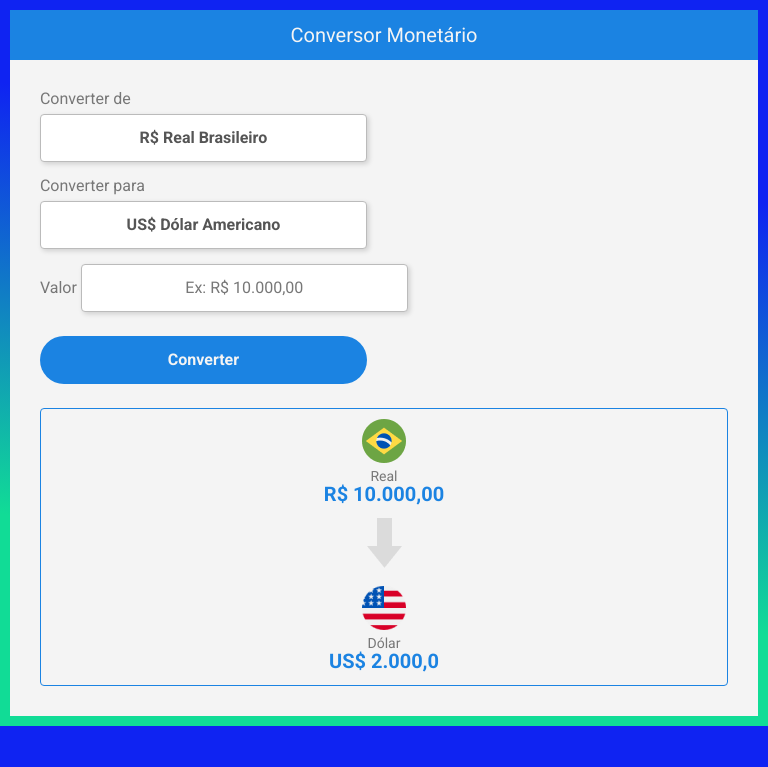
Repository: isayrous/coin-converter
Page: index.html
The author's editor kept a copy of each file at every save. The page is drawn from the files as they stood at one save, then again after the next save.
The browser window is 768 px wide. The pictures show the whole page.

Above is the page before, as saved 2022-11-02 23:34:30.

### index.html
<!DOCTYPE html>
<html lang="pt-br">
<head>
    <meta charset="UTF-8">
    <meta http-equiv="X-UA-Compatible" content="IE=edge">
    <meta name="viewport" content="width=device-width, initial-scale=1.0">
    <link rel='stylesheet' href="./style.css">
    <link rel="preconnect" href="https://fonts.googleapis.com">
    <link rel="preconnect" href="https://fonts.gstatic.com" crossorigin>
    <link href="https://fonts.googleapis.com/css2?family=Roboto:wght@400;700&display=swap" rel="stylesheet">
    <title>Conversor Monetário</title>
</head>
<body>
    <div class="container">

        <header>
            <h1>Conversor Monetário</h1>
        </header>

        <main>
            <label>
                Converter <strong>de</strong>
                <select id="first-select">
                    <option>R$ Real Brasileiro</option>
                    <option>US$ Dólar Americano</option>
                    <option>Bitcoin</option>
                    <option>€ Euro</option>
                </select>
            </label>

            <label>
                Converter <strong>para</strong>
                <select id="seccond-select">
                    <option>US$ Dólar Americano</option>
                    <option>Bitcoin</option>
                    <option>€ Euro</option>
                    <option>R$ Real Brasileiro</option>
                </select>
            </label>

            <label>
                <b>Valor</b>
                <input id='values' placeholder="Ex: R$ 10.000,00">
            </label>

            <button id="button-converter" >Converter</button>

            <section>
                <div>
                    <img id="currency-img1" src="./assets/BRL.png">
                    <p id="first-currency">Real</p>
                    <p id="return-input1" class="value">R$ 10.000,00</p>
                </div>

                <img src="./assets/Vector.png"><br>

                <div>
                    <img id="currency-img2" src="./assets/USA.png">
                    <p id ="seccond-currency">Dólar</p>
                    <p id="return-input2" class="value">US$ 2.000,0</p>
                </div>

            </section>

        </main>

    </div>

</body>
<script src='./scripts.js'></script>
</html>

### style.css
* {
    padding: 0;
    margin: 0;
    box-sizing: border-box;
    font-family: 'Roboto', sans-serif;
    font-style: normal;
    font-weight: normal;
    line-height: 18px;
}

body{
    background: linear-gradient(189deg, rgba(15,35,242,1) 24%, rgba(17,220,150,1) 75%);
    width: 100%;
    height: 100%;
    display: flex;
    justify-content: center;
    padding: 10px;
}

.container {
    height: 100%;
    width: 375px;
    background-color: #F4F4F4;
}

header {
    background-color: #1b83e2;
    height: 66px;
    display: flex;
    justify-content: center;
    align-items: center;
}

h1 {
    font-size: 24px;
    color:#F4F4F4;

}

main {
    padding: 24px;
}

label{
    font-weight: 400;
    font-size: 14px;
    color: #777777;
    width: 375px;
}

select{
    width: 327px;
    height: 48px;
    background: #FFFFFF;
    border: 1px solid #BBBBBB;
    border-radius: 4px;
    font-weight: 700;
    font-size: 16px;
    color: #555555;
    text-align: center;
    display: block;
    cursor: pointer;
    outline: none;
    appearance: none;
    box-shadow: 2px 2px 5px 0px #00000026;
    margin-bottom: 15px;
    margin-top: 6px;
}

input{
    width: 327px;
    height: 48px;
    background: #FFFFFF;
    border: 1px solid #BBBBBB;
    border-radius: 4px;
    font-weight: 700;
    font-size: 16px;
    color: #555555;
    text-align: center;
    box-shadow: 2px 2px 5px 0px #00000026;
    outline: none;

}

button {
    background: #1B83E2;
    border-radius: 25px;
    height: 48px;
    width: 327px;
    font-weight: 700;
    font-size: 16px;
    color: #F4F4F4;
    margin: 24px 0px 24px;
    border: none;
    cursor: pointer;
}

button:hover {
    opacity: 0.8;
}

button:active {
    opacity: 0.7;
}

section{
    border: 1px solid #1B83E2;
    border-radius: 4px;
    padding-top: 10px;
    display: flex;
    flex-direction: column;
    align-items: center;
    text-align: center;
}

p {
    font-weight: 400;
    font-size: 14px;
    color: #777777;
}

.value {
    color: #1B83E2;
    font-weight: 700;
    font-size: 20px;
    margin-bottom: 15px;
}

input::placeholder{color: #777777;
    font-weight: 100;}


@media screen and (max-width: 900px){
    .container {
        height: 100%;
        width: 100%;
        background-color: #F4F4F4;
    }

    header {
        height: 50px;
    }

    h1 {
        font-size: 20px;
    }

    main {
        padding: 4%;
    }

    label{
        font-size: 1rem;
        width: 375px;
    }

    select{
        width: 327px;
        height: 48px;
        background: #FFFFFF;
        border: 1px solid #BBBBBB;
        border-radius: 4px;
        font-weight: 700;
        font-size: 16px;
        color: #555555;
        text-align: center;
        display: block;
        cursor: pointer;
        outline: none;
        appearance: none;
        box-shadow: 2px 2px 5px 0px #00000026;
        margin-bottom: 15px;
        margin-top: 6px;
    }

    input{
        width: 327px;
        height: 48px;
        background: #FFFFFF;
        border: 1px solid #BBBBBB;
        border-radius: 4px;
        font-weight: 700;
        font-size: 16px;
        color: #555555;
        text-align: center;
        box-shadow: 2px 2px 5px 0px #00000026;
        outline: none;

    }

    button {
        background: #1B83E2;
        border-radius: 25px;
        height: 48px;
        width: 327px;
        font-weight: 700;
        font-size: 16px;
        color: #F4F4F4;
        margin: 24px 0px 24px;
        border: none;
        cursor: pointer;
    }

    button:hover {
        opacity: 0.8;
    }

    button:active {
        opacity: 0.7;
    }

    section{
        border: 1px solid #1B83E2;
        border-radius: 4px;
        padding-top: 10px;
        display: flex;
        flex-direction: column;
        align-items: center;
        text-align: center;
    }

    p {
        font-weight: 400;
        font-size: 14px;
        color: #777777;
    }

    .value {
        color: #1B83E2;
        font-weight: 700;
        font-size: 20px;
        margin-bottom: 15px;
    }

    input::placeholder{color: #777777;
        font-weight: 100;}

}

### scripts.js
const convert = document.getElementById("button-converter")
const select2 = document.getElementById("seccond-select")
const select1 = document.getElementById("first-select")
/* REAL, DOLAR, BITCOIN , EURO */
const real = [5.16, 5.08]
const dolar = [0.19 , 0.98]
const euro = [0.20 , 1.02]
const bitcoin = [98137.74 , 19010.10 , 19269.79]


const convertvalue = () => {
    const input = document.getElementById("values").value
    const returninput1 = document.getElementById("return-input1")
    const returninput2 = document.getElementById("return-input2")
    /* RETURNS DO INPUT 1 */

    if (select1.value === 'R$ Real Brasileiro') {
        returninput1.innerHTML = new Intl.NumberFormat('pt-BR', {
            style: 'currency', currency: 'BRL'
        }).format(input)

        if (select2.value === 'US$ Dólar Americano') {
            returninput2.innerHTML = new Intl.NumberFormat('en-US', {
                style: 'currency', currency: 'USD'
            }).format(input * dolar[0])
        }
        else if (select2.value === '€ Euro') {
            returninput2.innerHTML = new Intl.NumberFormat('de-DE', {
                style: 'currency', currency: 'EUR'
            }).format(input * euro[0])
        }
        else if (select2.value === 'Bitcoin'){
            returninput2.innerHTML = (input / bitcoin[0]).toFixed(2)
        }
        else if (select2.value === 'R$ Real Brasileiro') {
            returninput2.innerHTML = new Intl.NumberFormat('pt-BR', {
                style: 'currency', currency: 'BRL'
            }).format(input)
        }
    }


    else if (select1.value === 'US$ Dólar Americano') {
        returninput1.innerHTML = new Intl.NumberFormat('en-US', {
            style: 'currency', currency: 'USD'
        }).format(input)

        if (select2.value === 'US$ Dólar Americano') {
            returninput2.innerHTML = new Intl.NumberFormat('en-US', {
                style: 'currency', currency: 'USD'
            }).format(input)
        }
        else if (select2.value === '€ Euro') {
            returninput2.innerHTML = new Intl.NumberFormat('de-DE', {
                style: 'currency', currency: 'EUR'
            }).format(input * euro[1])
        }
        else if (select2.value === 'Bitcoin'){
            returninput2.innerHTML = (input / bitcoin[1]).toFixed(2)
        }
        else if (select2.value === 'R$ Real Brasileiro') {
            returninput2.innerHTML = new Intl.NumberFormat('pt-BR', {
                style: 'currency', currency: 'BRL'
            }).format(input * real[0])
        }

    }

    else if (select1.value === '€ Euro') {
        returninput1.innerHTML = new Intl.NumberFormat('de-DE', {
            style: 'currency', currency: 'EUR'
        }).format(input)

        if (select2.value === 'US$ Dólar Americano') {
            returninput2.innerHTML = new Intl.NumberFormat('en-US', {
                style: 'currency', currency: 'USD'
            }).format(input * dolar[1])
        }
        else if (select2.value === '€ Euro') {
            returninput2.innerHTML = new Intl.NumberFormat('de-DE', {
                style: 'currency', currency: 'EUR'
            }).format(input)
        }
        else if (select2.value === 'Bitcoin'){
            returninput2.innerHTML = (input / bitcoin[1]).toFixed(2)
        }
        else if (select2.value === 'R$ Real Brasileiro') {
            returninput2.innerHTML = new Intl.NumberFormat('pt-BR', {
                style: 'currency', currency: 'BRL'
            }).format(input * real[1])
        }
    }

    else if (select1.value === 'Bitcoin') {
        returninput1.innerHTML = (input)

        if (select2.value === 'US$ Dólar Americano') {
            returninput2.innerHTML = new Intl.NumberFormat('en-US', {
                style: 'currency', currency: 'USD'
            }).format(input * bitcoin[1])
        }
        else if (select2.value === '€ Euro') {
            returninput2.innerHTML = new Intl.NumberFormat('de-DE', {
                style: 'currency', currency: 'EUR'
            }).format(input * bitcoin[2])
        }
        else if (select2.value === 'Bitcoin'){
            returninput2.innerHTML = (input)
        }
        else if (select2.value === 'R$ Real Brasileiro') {
            returninput2.innerHTML = new Intl.NumberFormat('pt-BR', {
                style: 'currency', currency: 'BRL'
            }).format(input * bitcoin[0])
        }


    }

}

const change2 = () => {
    const currencyName2 = document.getElementById("seccond-currency")
    const currencyImg2 = document.getElementById("currency-img2")

    if (select2.value === '€ Euro') {
        currencyName2.innerHTML = '€ Euro'
        currencyImg2.src = "./assets/EURO.png"
    } else if (select2.value === 'Bitcoin') {
        currencyName2.innerHTML = 'Bitcoin'
        currencyImg2.src = "./assets/BITCOIN.png"
    } else if (select2.value === 'US$ Dólar Americano') {
        currencyName2.innerHTML = 'Dólar'
        currencyImg2.src = "./assets/USA.png"
    } else if (select2.value === 'R$ Real Brasileiro') {
        currencyName2.innerHTML = 'Real'
        currencyImg2.src = "./assets/BRL.png"
    }

    convertvalue()
}

const change1 = () => {
    const currencyName1 = document.getElementById("first-currency")
    const currencyImg1 = document.getElementById("currency-img1")

    if (select1.value === '€ Euro') {
        currencyName1.innerHTML = '€ Euro'
        currencyImg1.src = "./assets/EURO.png"
    } else if (select1.value === 'Bitcoin') {
        currencyName1.innerHTML = 'Bitcoin'
        currencyImg1.src = "./assets/BITCOIN.png"
    } else if (select1.value === 'US$ Dólar Americano') {
        currencyName1.innerHTML = 'Dólar'
        currencyImg1.src = "./assets/USA.png"
    } else if (select1.value === 'R$ Real Brasileiro') {
        currencyName1.innerHTML = 'Real'
        currencyImg1.src = "./assets/BRL.png"
    }
    convertvalue()

}

convert.addEventListener('click', convertvalue)
select1.addEventListener('change', change1)
select2.addEventListener('change', change2)

After the next save:
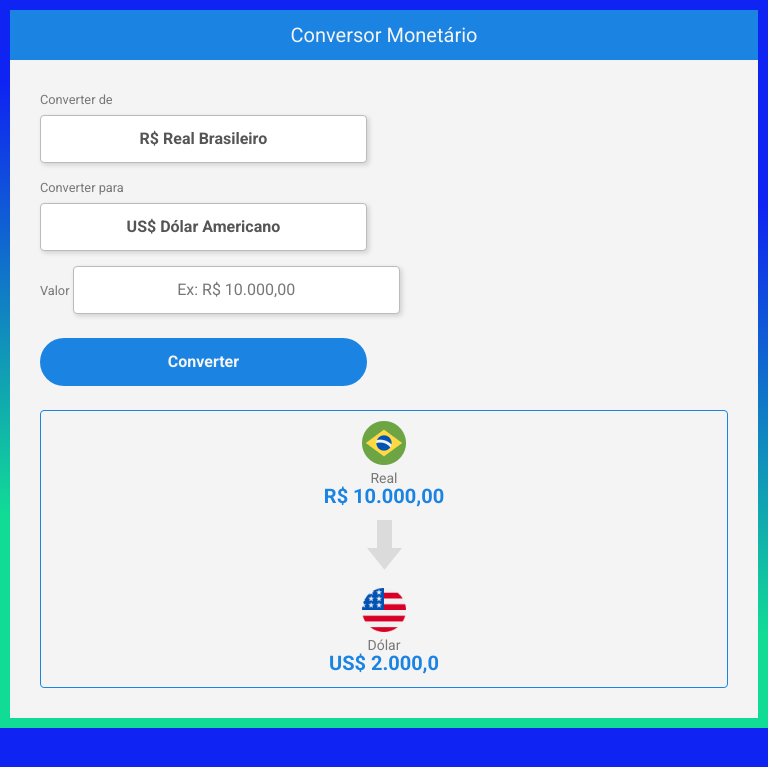
Saved 6 s later.
--- a/style.css
+++ b/style.css
@@ -150,7 +150,7 @@ input::placeholder{color: #777777;
     }
 
     label{
-        font-size: 1rem;
+        font-size: 0.8rem;
         width: 375px;
     }
 
